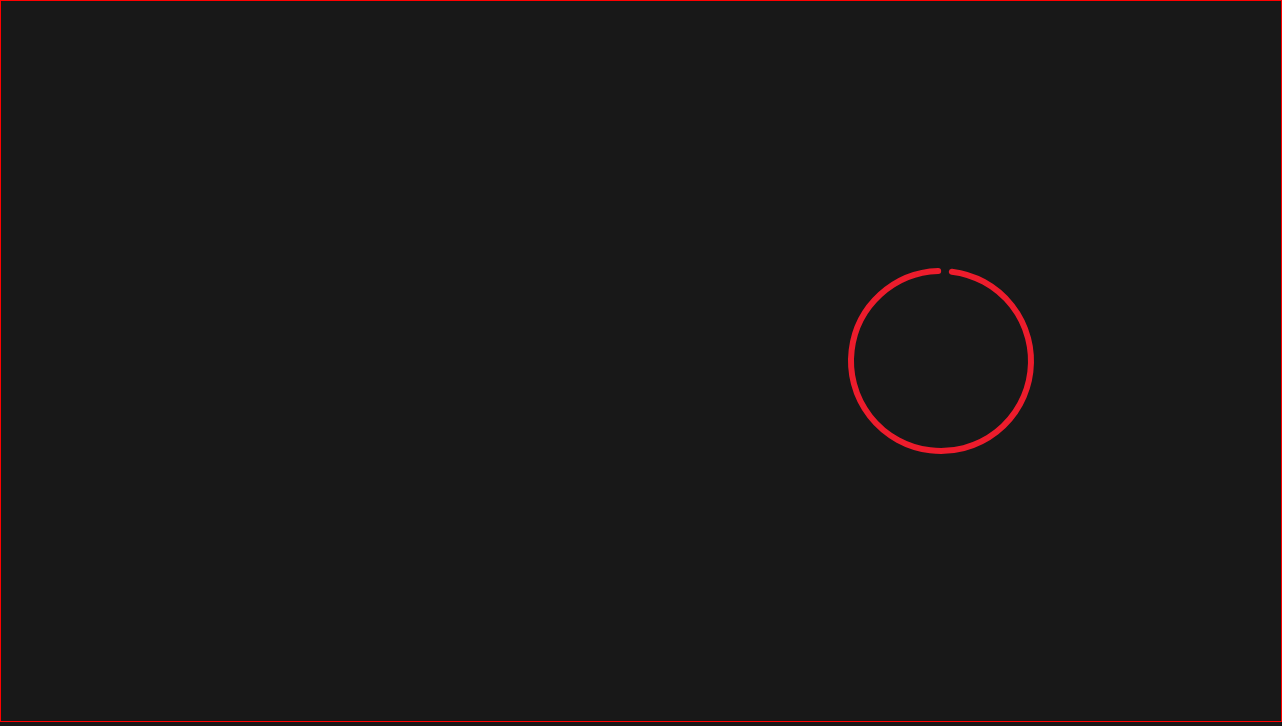
Repository: randy918/chris-canvas-52323
Page: index.html
An editor plug-in stored every save of this project. The page is shown before and after a run of saves, followed by the edit.
The browser window is 1280 px wide. The page is 1282 px wide, so the pictures cover 1282 px, including what lies to the right of the window. The pictures show the whole page.
The style sheet was rebuilt from its Sass, Less or Tailwind sources for each picture, by a compiler version that may differ from the author's.

Above is the page before, as saved 2023-05-26 18:16:47.

After the next 3 saves:
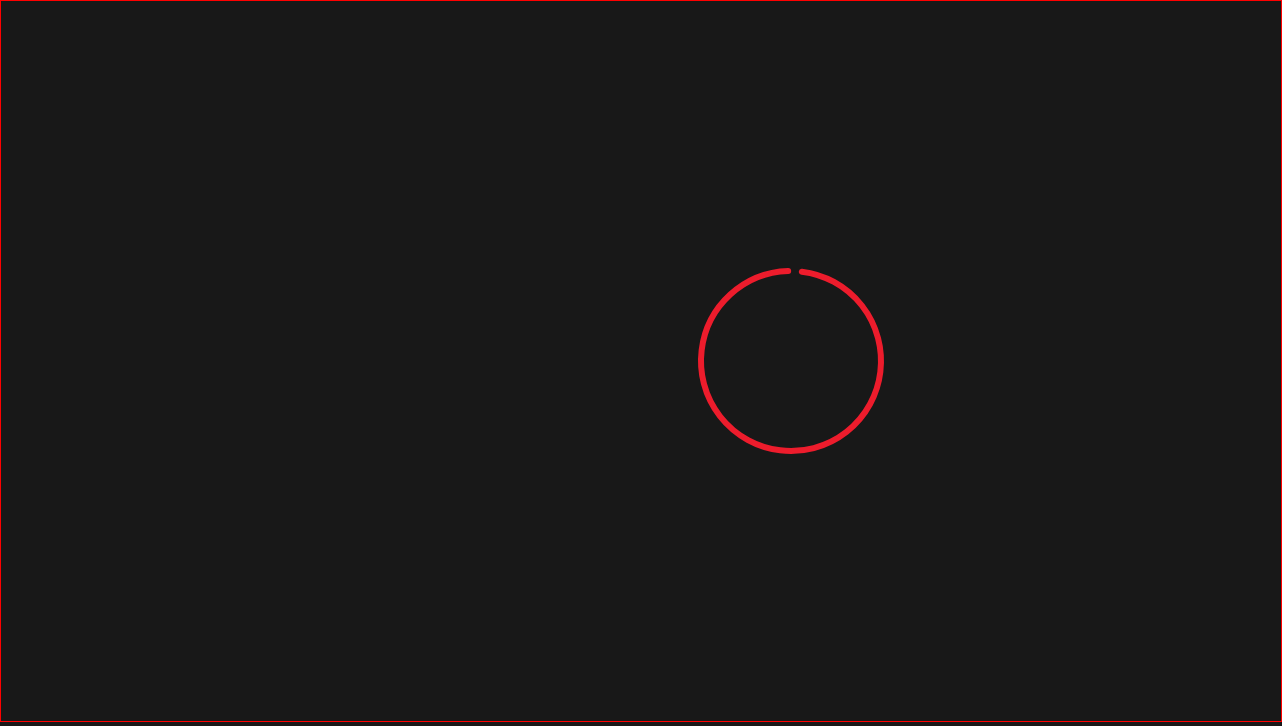
The 3 saves are shown as one change because they came seconds apart.
The last was saved 7 s later.
--- a/js/canvas.js
+++ b/js/canvas.js
@@ -20,7 +20,7 @@ const main = function () {
 	let defaultX = canvas.width / 2;
     let defaultY = canvas.height / 2;
 
-    let dx = 1;
+    let dx = .5;
 
 
 	const DEFAULTWIDTH = 200;
